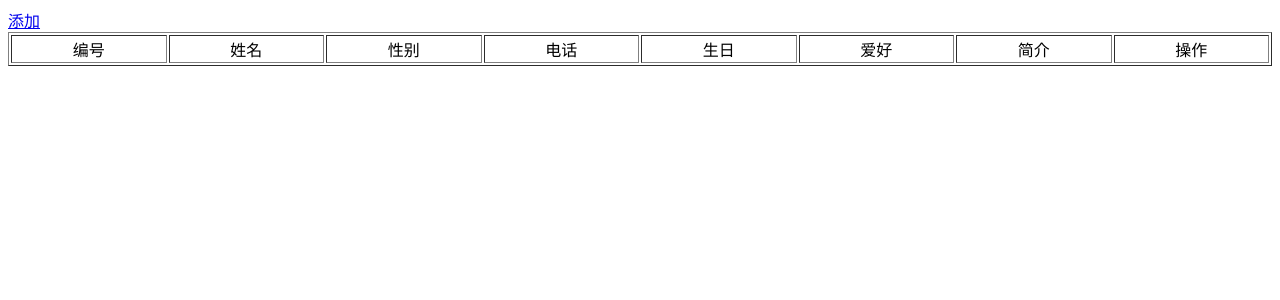
Repository: ChengqunYang/JAVA
Page: http://localhost/stu/AddServlet
These files come from the project's save history. The page is drawn as it stood at one moment and after the next save; the edit follows.
The browser window is 1280 px wide. The pictures show the whole page.
The page is served by Tomcat 9. Queries for data that is not in the repository find no rows.

Above is the page before, as saved 2019-04-17 14:30:41.

After the next save:
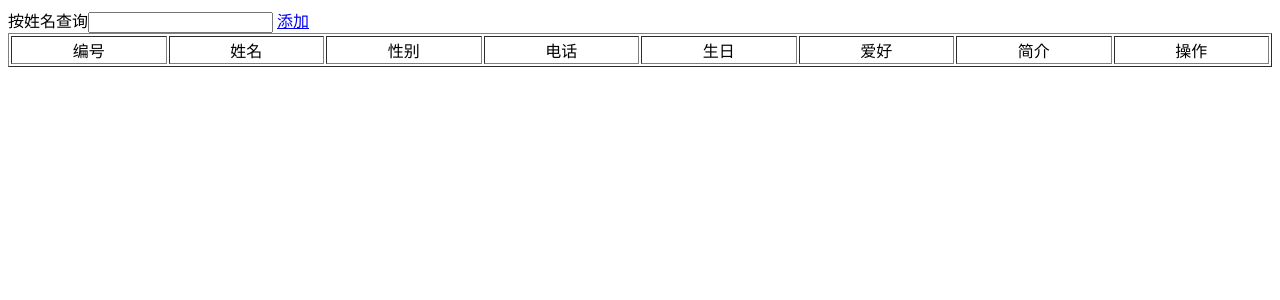
Saved 16 h 33 min later.
--- a/stu/WebContent/list.jsp
+++ b/stu/WebContent/list.jsp
@@ -25,6 +25,9 @@
 <body>
 	<tr>
 	<td colspan = "8">
+
+		 按姓名查询<input type="text" name="sname">
+
 		<a href = "add.jsp">添加</a>
 	</td>
 	</tr>
